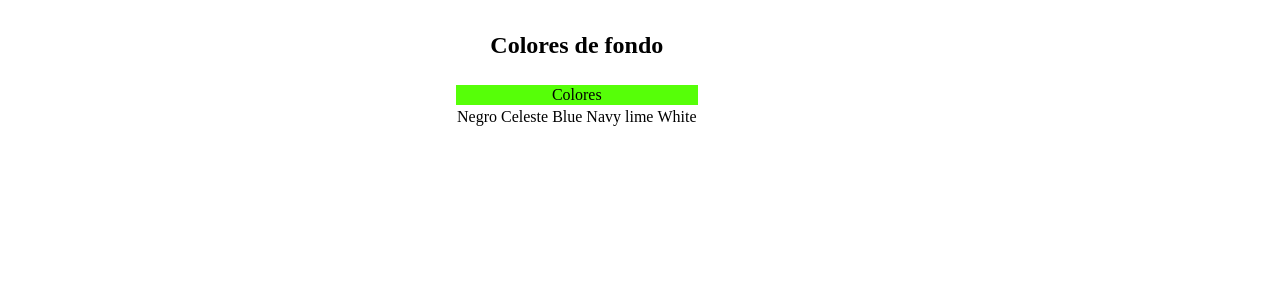
Repository: ThePerez/ArgProg
Page: Practicas ArgProg/Practica 3/Ejercicio 5/index.html
The author's editor kept a copy of each file at every save. The page is drawn from the files as they stood at one save, then again after the next save.
The browser window is 1280 px wide. The pictures show the whole page.

Above is the page before, as saved 2023-03-14 12:04:24.

After the next save:
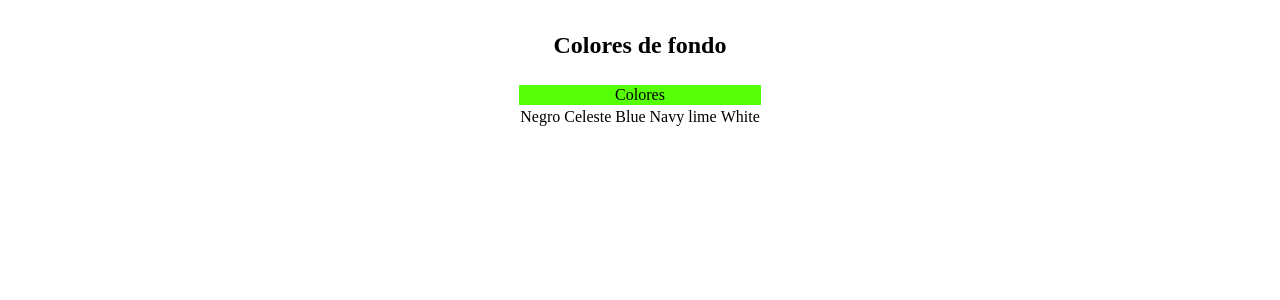
Saved 6 s later.
--- a/Practicas ArgProg/Practica 3/Ejercicio 5/styles.css
+++ b/Practicas ArgProg/Practica 3/Ejercicio 5/styles.css
@@ -7,7 +7,7 @@
 .principal{
      display: grid;
      place-content: center;
-     width: 90%;
+
 
 }
 
